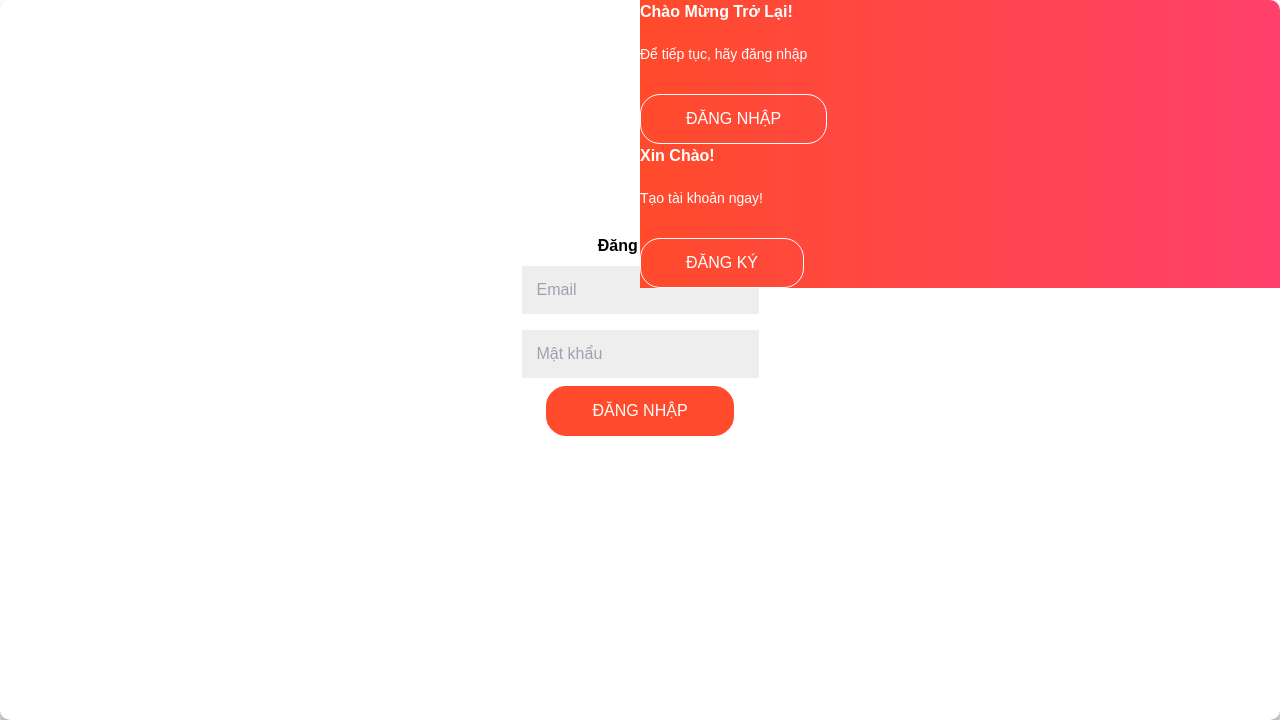
Repository: BlackWolf2002/project_airbn_react
Page: /
These files come from the project's save history. The page is drawn as it stood at one moment and after the next save; the edit follows.
The browser window is 1280 px wide. The pictures show the whole page.
The project was rebuilt for these pictures with package versions that can differ from the ones it lists, and the page was loaded fresh each time. Also part of the build but not shown: vite.config.js.

Above is the page before, as saved 2025-02-04 23:39:08.

After the next save:
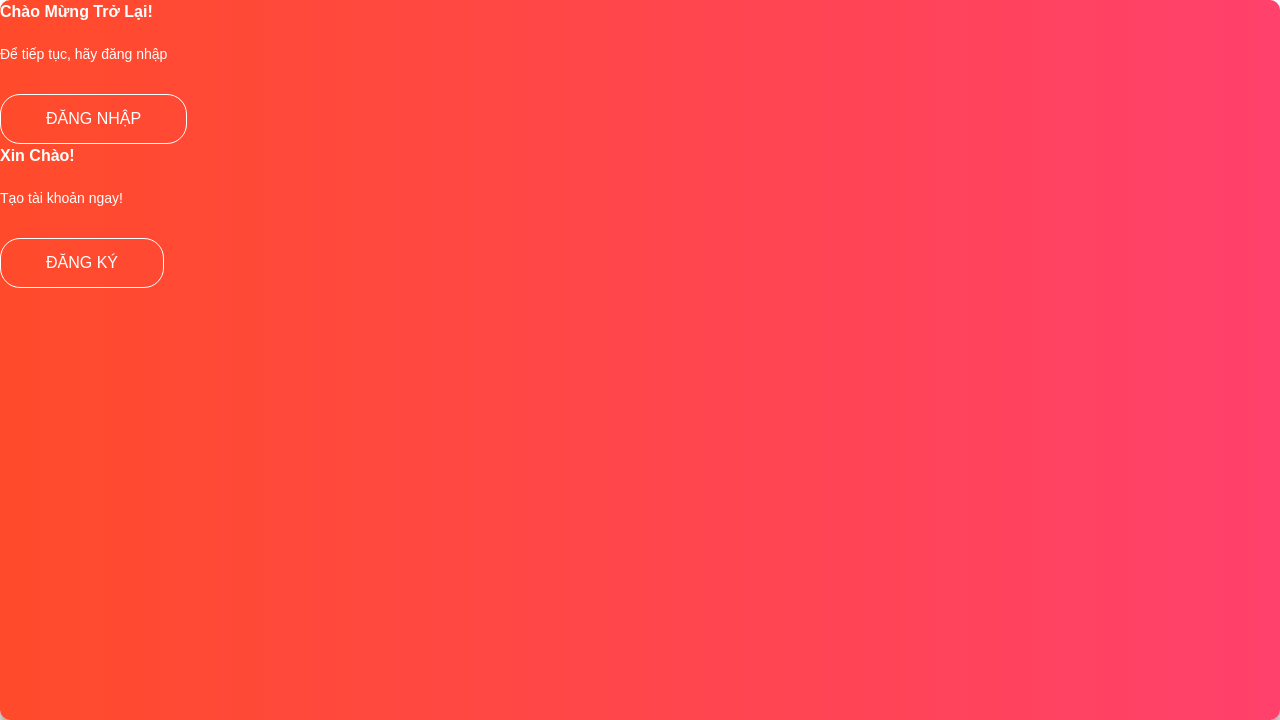
Saved 35 s later.
--- a/src/style/Login.css
+++ b/src/style/Login.css
@@ -77,4 +77,9 @@
     background-repeat: no-repeat;
     background-size: cover;
     color: #ffffff;
+    position: relative;
+    left: -100%;
+    height: 100%;
+    width: 200%;
+    transition: transform 0.6s ease-in-out;
 }
